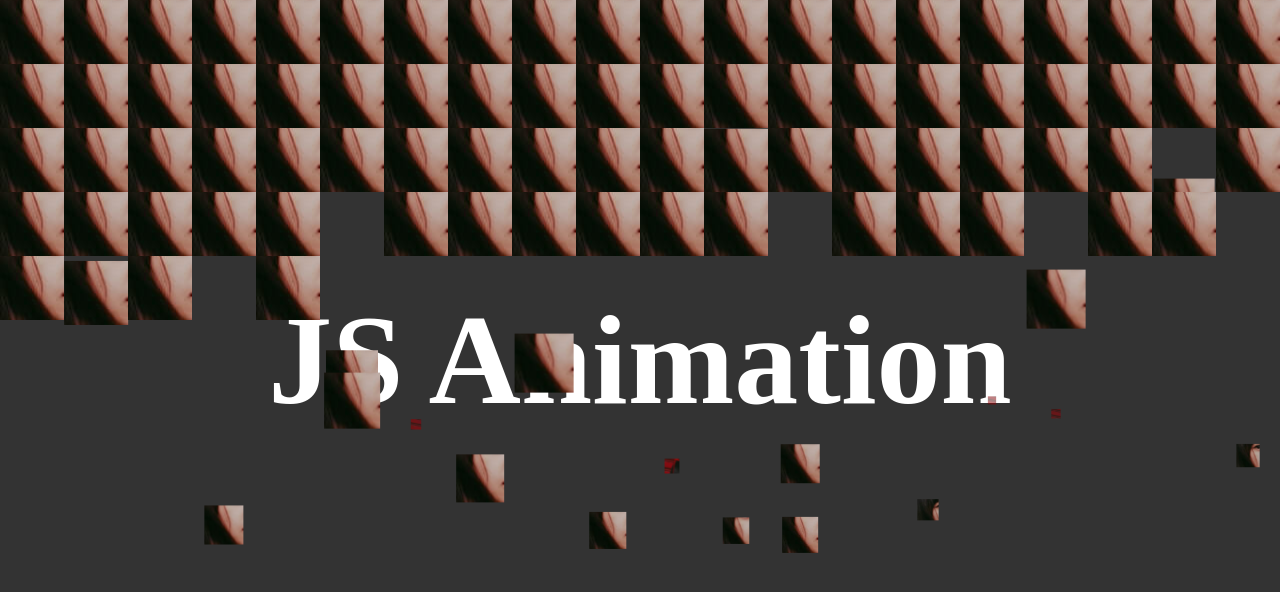
Repository: honghyunAhn/DailyFront
Page: Day210214_CSS_&_Javascript_Background_Animation_Effects/index.html
An editor plug-in stored every save of this project. The page is shown before and after the next save, followed by the edit.
The browser window is 1280 px wide. The pictures show the whole page.

Above is the page before, as saved 2021-02-15 15:03:41.

After the next save:
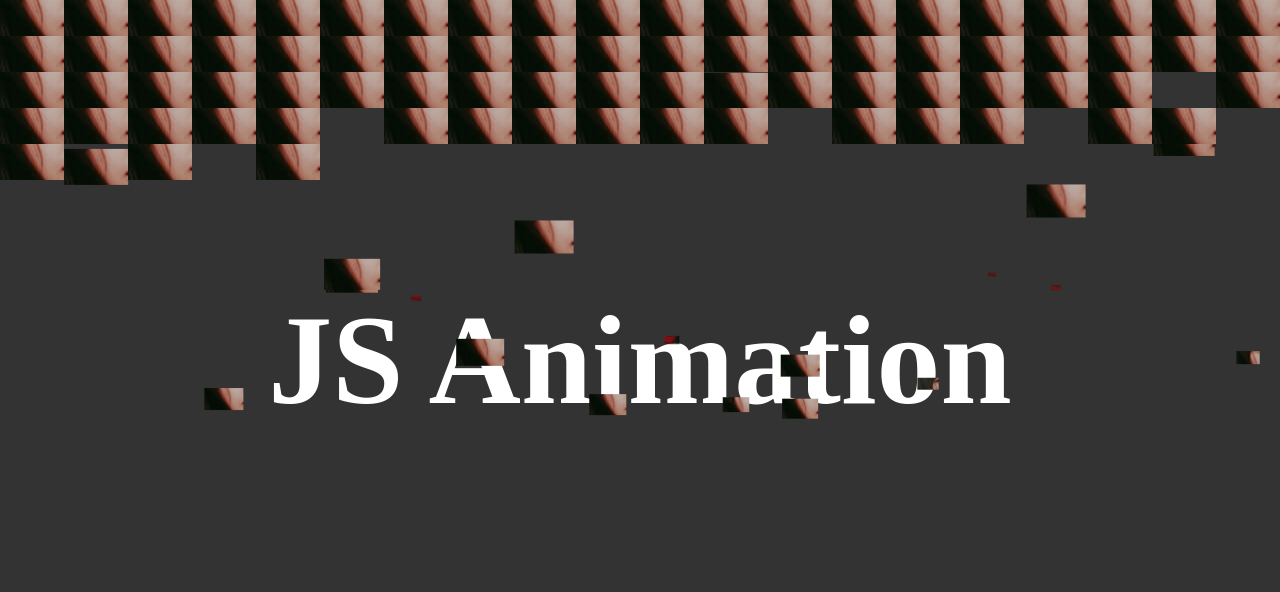
Saved 18 s later.
--- a/Day210214_CSS_&_Javascript_Background_Animation_Effects/style.css
+++ b/Day210214_CSS_&_Javascript_Background_Animation_Effects/style.css
@@ -34,7 +34,7 @@ section h2 {
   position: relative;
   display: block;
   width: 5vw;
-  height: 5vw;
+  height: 5vh;
   animation: animate 0.75s ease-in-out forwards;
 }
 .banner .blocks:nth-child(even) {
